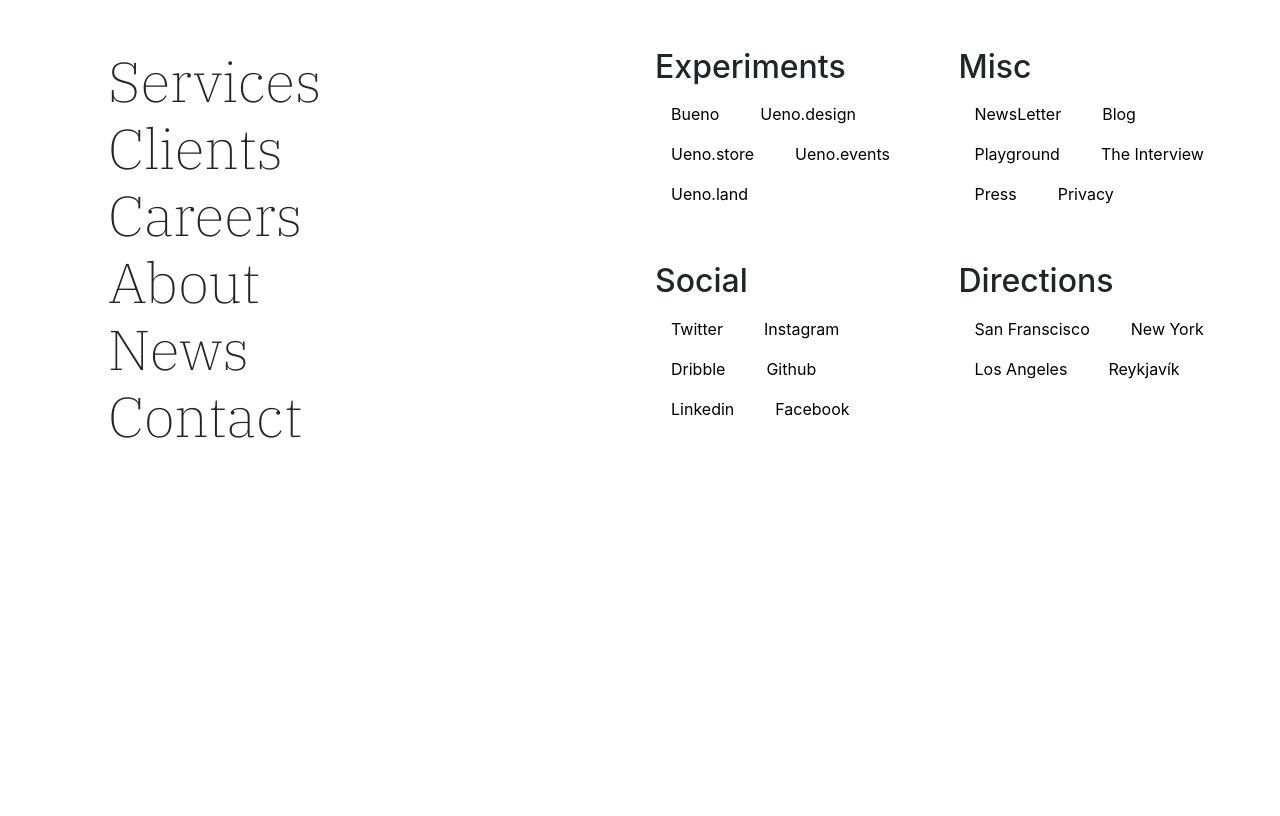
Repository: DeepaPrasanna/UenoClone
Page: /
These files come from the project's save history. The page is drawn as it stood at one moment and after the next save; the edit follows.
The browser window is 1280 px wide. The pictures show the whole page.
The project was rebuilt for these pictures with package versions that can differ from the ones it lists, and the page was loaded fresh each time. Also part of the build but not shown: src/components/Layout/Header.js.

Above is the page before, as saved 2021-05-04 16:43:03.

After the next save:
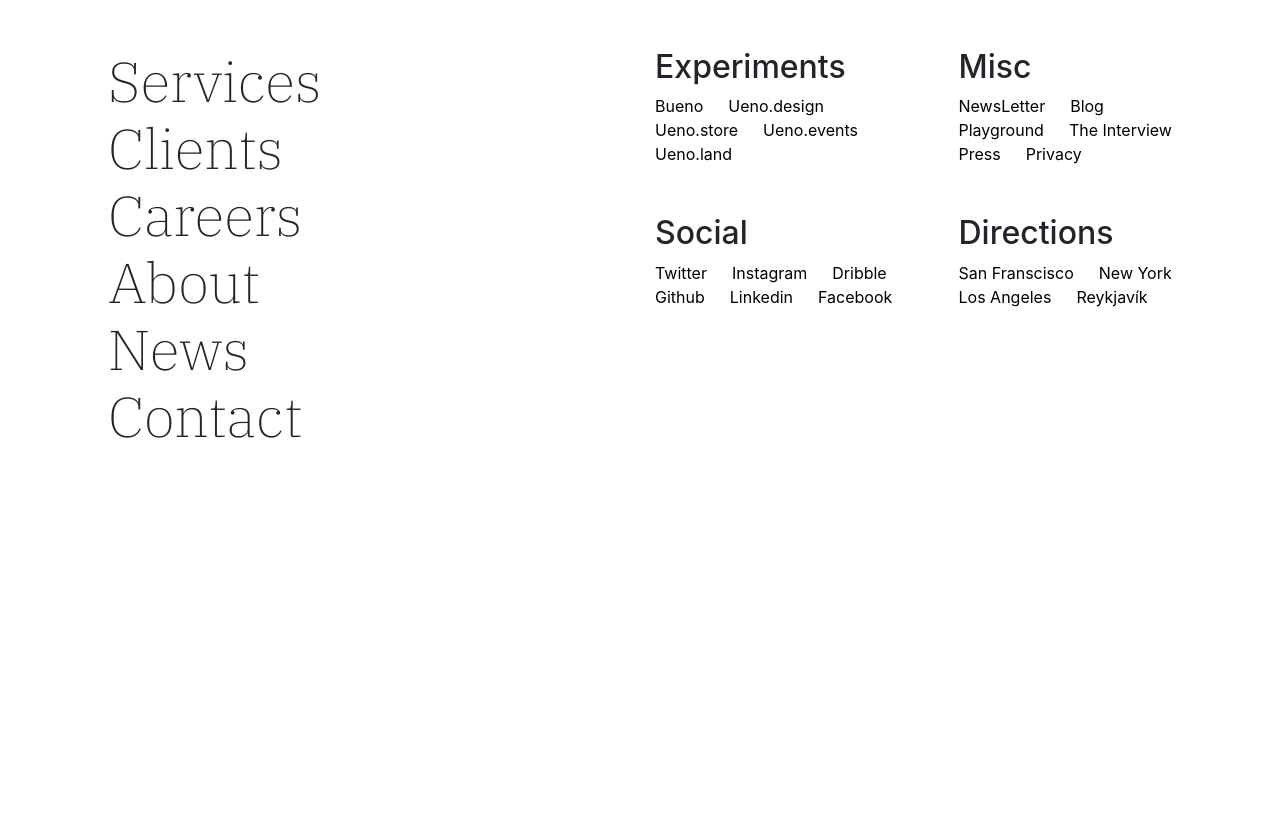
Saved 2 min 8 s later.
--- a/src/index.css
+++ b/src/index.css
@@ -34,5 +34,5 @@
 }
 .screen-second-column-links {
   color: #000;
-  padding-right: 25px !important;
+  padding: 0px 25px 0px 0px!important;
 }
